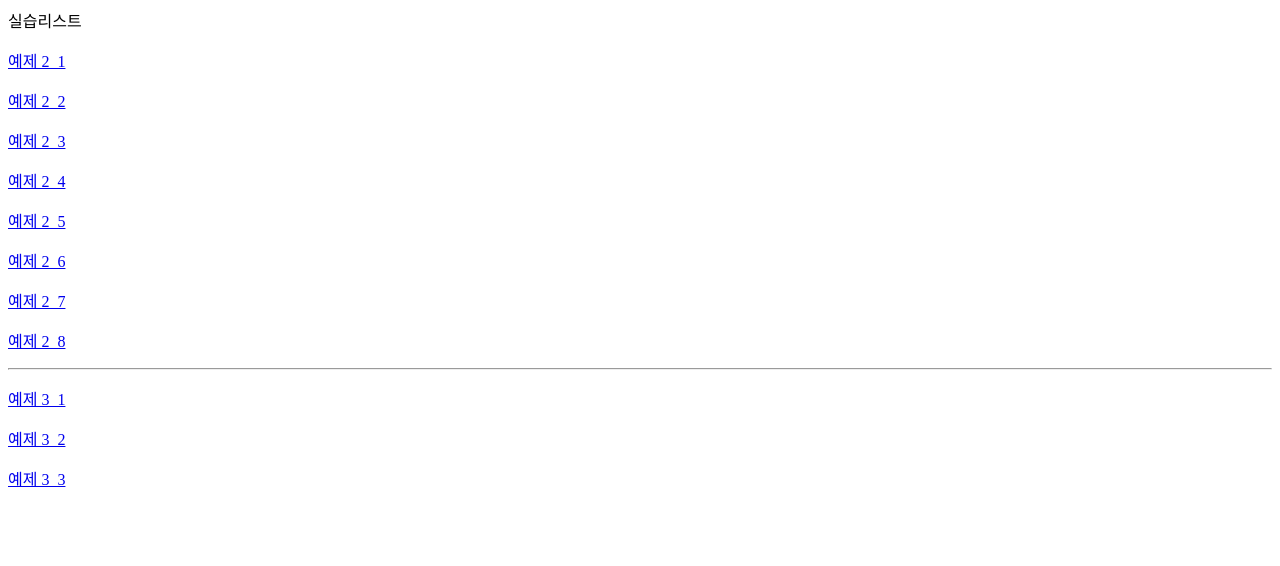
Repository: pjongbum/JSP
Page: http://localhost/jsbook/
These files come from the project's save history. The page is drawn as it stood at one moment and after the next save; the edit follows.
The browser window is 1280 px wide. The pictures show the whole page.
The page is served by Tomcat 10. Other server files are loaded and not shown.

Above is the page before, as saved 2024-10-08 05:40:45.

### jsbook/src/main/webapp/index.jsp
<%@ page language="java" contentType="text/html; charset=UTF-8"
    pageEncoding="UTF-8"%>
<!DOCTYPE html>
<html>
<head>
<meta charset="UTF-8">
<title>Insert title here</title>
</head>
<body>
실습리스트
<p><a href = "2_1">예제 2_1</a></p>
<p><a href = "2_2">예제 2_2</a></p>
<p><a href = "2_3">예제 2_3</a></p>
<p><a href = "2_4">예제 2_4</a></p>
<p><a href = "2_5">예제 2_5</a></p>
<p><a href = "2_6">예제 2_6</a></p>
<p><a href = "2_7">예제 2_7</a></p>
<p><a href = "2_8">예제 2_8</a></p>
<hr></hr>
<p><a href = "3_1">예제 3_1</a></p>
<p><a href = "3_2">예제 3_2</a></p>
<p><a href = "3_3">예제 3_3</a></p>
</body>
</html>

After the next save:
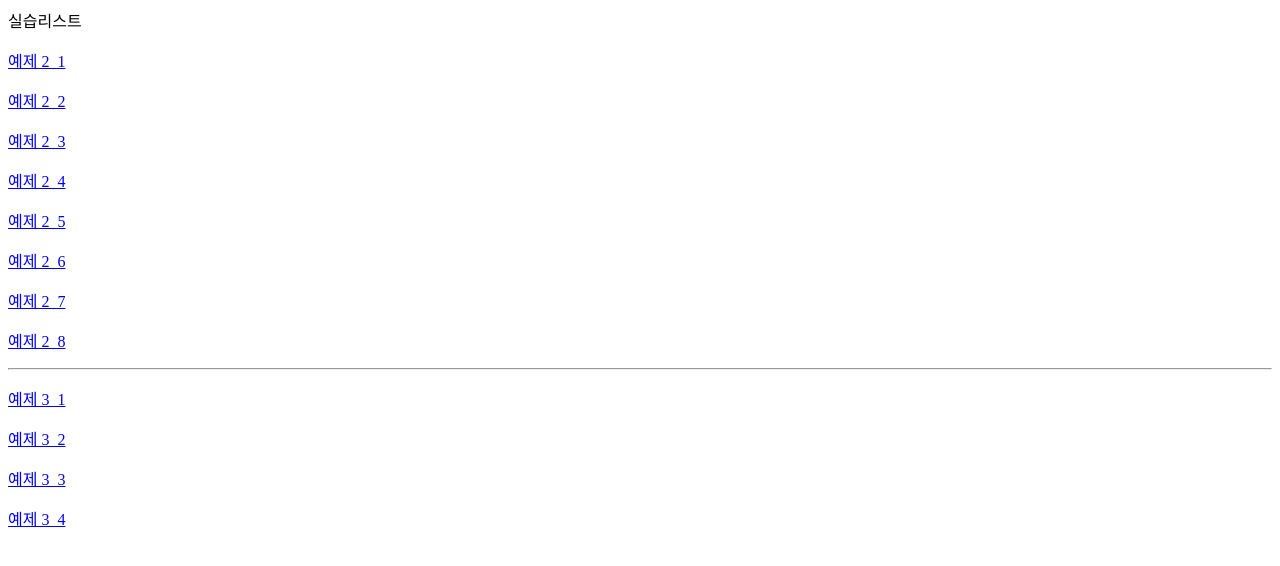
Saved 13 min 19 s later.
--- a/jsbook/src/main/webapp/index.jsp
+++ b/jsbook/src/main/webapp/index.jsp
@@ -20,5 +20,6 @@
 <p><a href = "3_1">예제 3_1</a></p>
 <p><a href = "3_2">예제 3_2</a></p>
 <p><a href = "3_3">예제 3_3</a></p>
+<p><a href = "3_4">예제 3_4</a></p>
 </body>
 </html>
